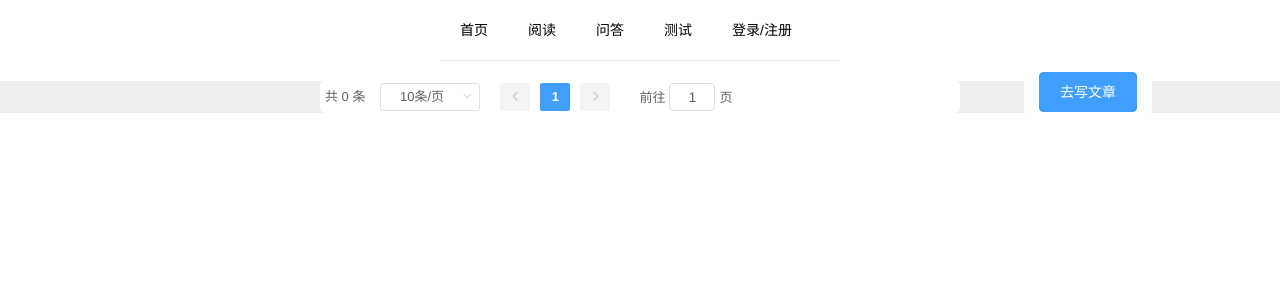
Repository: shengligo/xyx_vue_v1
Page: /read
These files come from the project's save history. The page is drawn as it stood at one moment and after the next save; the edit follows.
The browser window is 1280 px wide. The pictures show the whole page.
The page's requests for data from a server got no answer. The project was rebuilt for these pictures with package versions that can differ from the ones it lists, and the page was loaded fresh each time. No one was signed in, and anything a server would have sent is missing. Also part of the build but not shown: vue.config.js, src/views/home/childComps/Art.vue, src/views/author/authors.vue.

Above is the page before, as saved 2021-09-04 13:10:25.

After the next save:
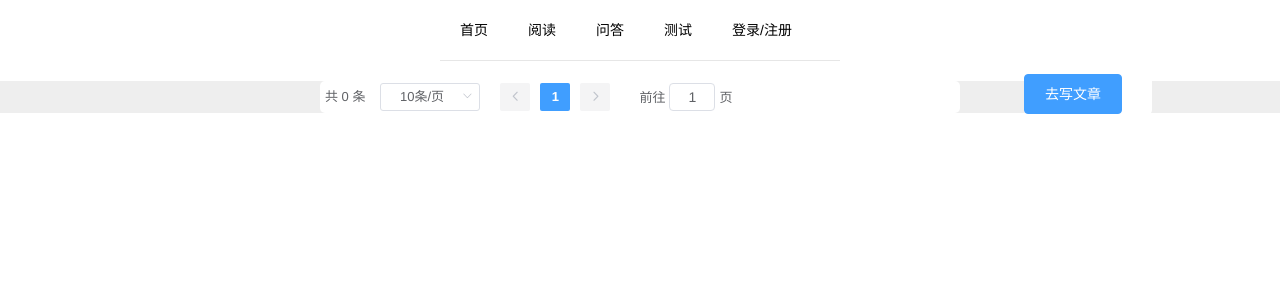
Saved 93 s later.
--- a/src/views/read/Read.vue
+++ b/src/views/read/Read.vue
@@ -264,6 +264,8 @@ ol {
   height: 6%;
   width: 10%;
   border-radius: 5px;
+  display: flex;
+  align-items: center;
   top: 10%;
   right: 10%;
   text-align: center;
